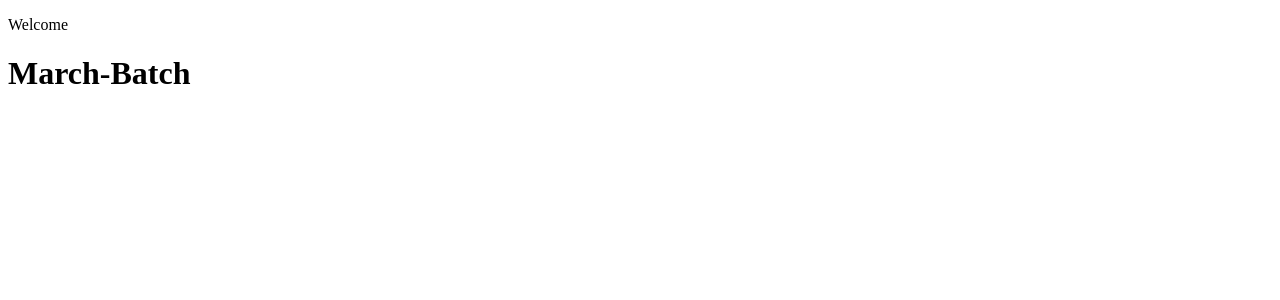
Repository: hanaskyis/GitHubPractice
Page: index.html
The author's editor kept a copy of each file at every save. The page is drawn from the files as they stood at one save, then again after the next save.
The browser window is 1280 px wide. The pictures show the whole page.

Above is the page before, as saved 2025-07-12 22:44:31.

### index.html
<!DOCTYPE html>
<html lang="en">
  <head>
    <meta charset="UTF-8" />
    <meta name="viewport" content="width=device-width, initial-scale=1.0" />
    <title>Git-Hub</title>
    <p>Welcome</p>
  </head>
  <body>
    <h1>March-Batch</h1>
  </body>
</html>

After the next save:
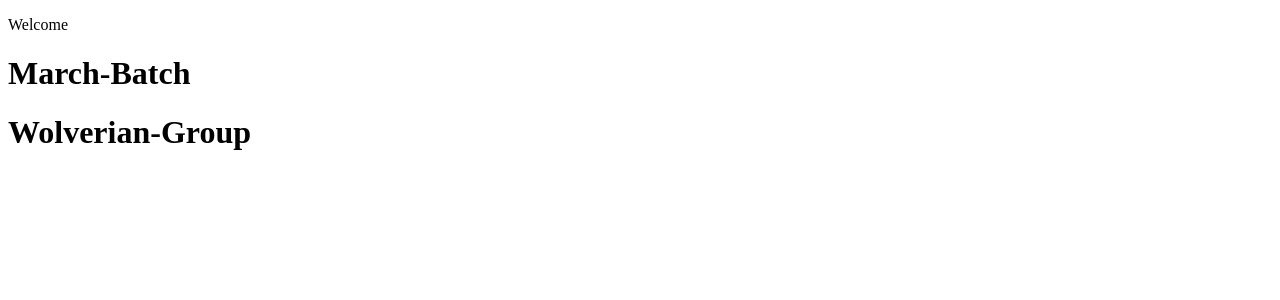
Saved 39 min 27 s later.
--- a/index.html
+++ b/index.html
@@ -8,5 +8,6 @@
   </head>
   <body>
     <h1>March-Batch</h1>
+    <h1>Wolverian-Group</h1>
   </body>
 </html>
